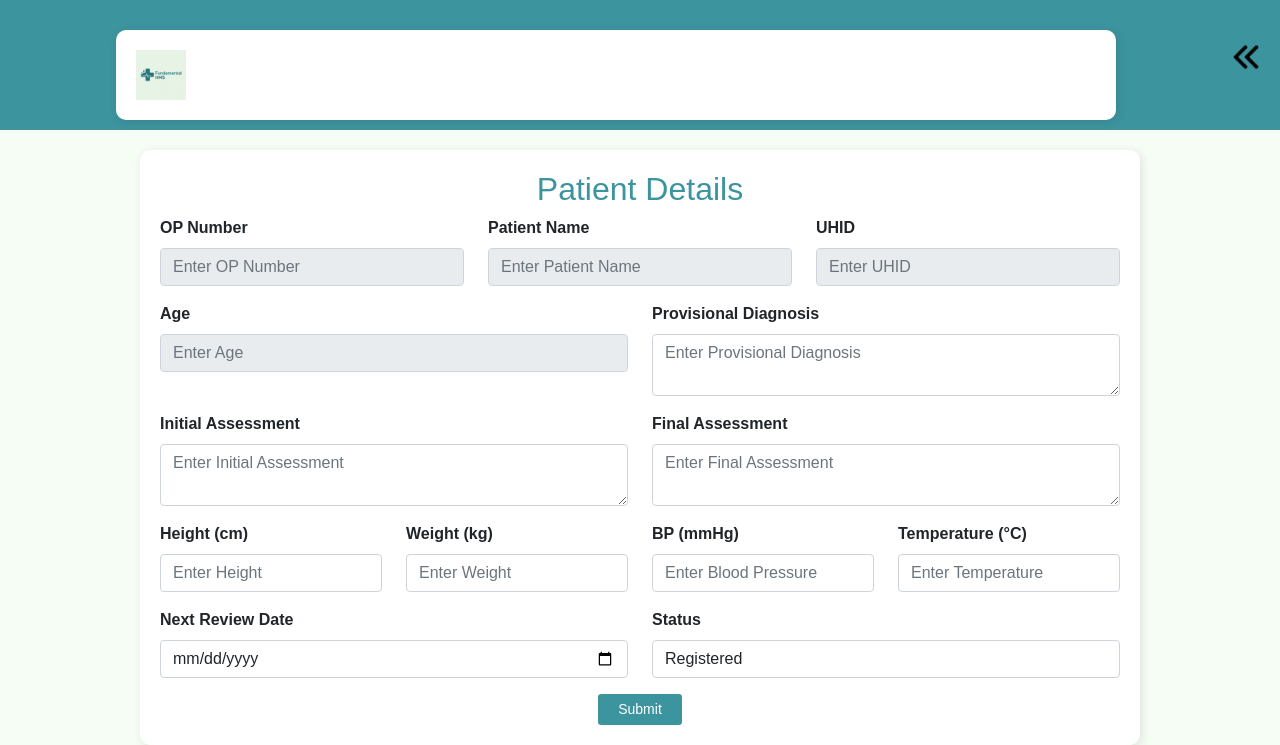
Repository: NAGENDRAN0/New
Page: http://localhost/prescriptiondetail
These files come from the project's save history. The page is drawn as it stood at one moment and after the next save; the edit follows.
The browser window is 1280 px wide. The pictures show the whole page.
The page is this project's Thymeleaf template; nobody is signed in. The template is opened directly, without the code that normally fills it, so the values that code supplies are empty.

Above is the page before, as saved 2025-05-15 10:58:43.

After the next save:
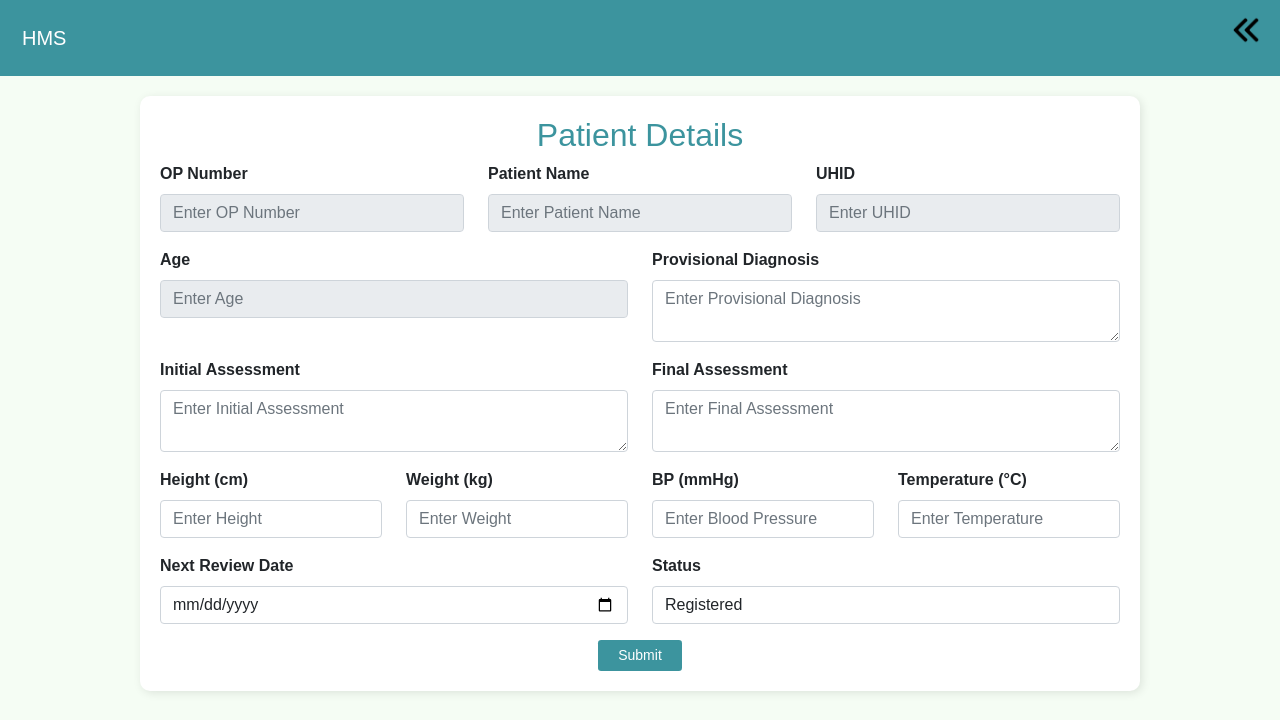
Saved 36 s later.
--- a/Documents/workspace-spring-tool-suite-4-4.25.0.RELEASE/HMS/src/main/resources/templates/prescriptiondetail.html
+++ b/Documents/workspace-spring-tool-suite-4-4.25.0.RELEASE/HMS/src/main/resources/templates/prescriptiondetail.html
@@ -46,33 +46,16 @@
 </head>
 
 <body>
-	<nav class="navbar navbar-expand-lg navbar-dark" style="background-color: #3C949E;">
-				<div class="container d-flex align-items-center">
-					<img th:src=@{/image/Logo.png} class="logo" width="50" height="50"/>
-					<a class="navbar-brand d-flex align-items-center" th:href="@{/}" style="color: white; font-weight: bold;">Fundamental HMS</a>
-					<button class="navbar-toggler" type="button" data-bs-toggle="collapse" data-bs-target="#navbarNav"
-						aria-controls="navbarNav" aria-expanded="false" aria-label="Toggle navigation">
-						<span class="navbar-toggler-icon"></span>
-					</button>
-					<div class="collapse navbar-collapse" id="navbarNav">
-						<ul class="navbar-nav ms-auto">
-							<li class="nav-item">
-								<a class="nav-link active" th:href="@{/}" style="color: white;">Home</a>
-							</li>
-							<li class="nav-item">
-								<a class="nav-link" th:href="@{/features}" style="color: white;">About</a>
-							</li>
-							<li class="nav-item">
-								<a class="nav-link" th:href="@{/contact}" style="color: white;">Profile</a>
-							</li>
-						</ul>
-					</div>
-				</div>
-				<div class="d-flex justify-content-end mb-3">
-						  <a href="/" class="btn btn-sm btn-custom"> <img src="/image/back.png" height="30" width="30"/> </a>
-						</div>
-			</nav>
+    <nav class="navbar navbar-expand-lg">
+        <div class="container-fluid">
+            <a class="navbar-brand" href="/">HMS</a>
+        </div>
+		<!-- Back Button -->
+		<div class="d-flex justify-content-end mb-3">
+			  <a href="/" class="btn btn-sm btn-custom"> <img src="/image/back.png" height="30" width="30"/> </a>
+			</div>
 
+    </nav>
 
     <div class="container">
         <h2 class="text-center" style="color: #3C949E;">Patient Details</h2>
